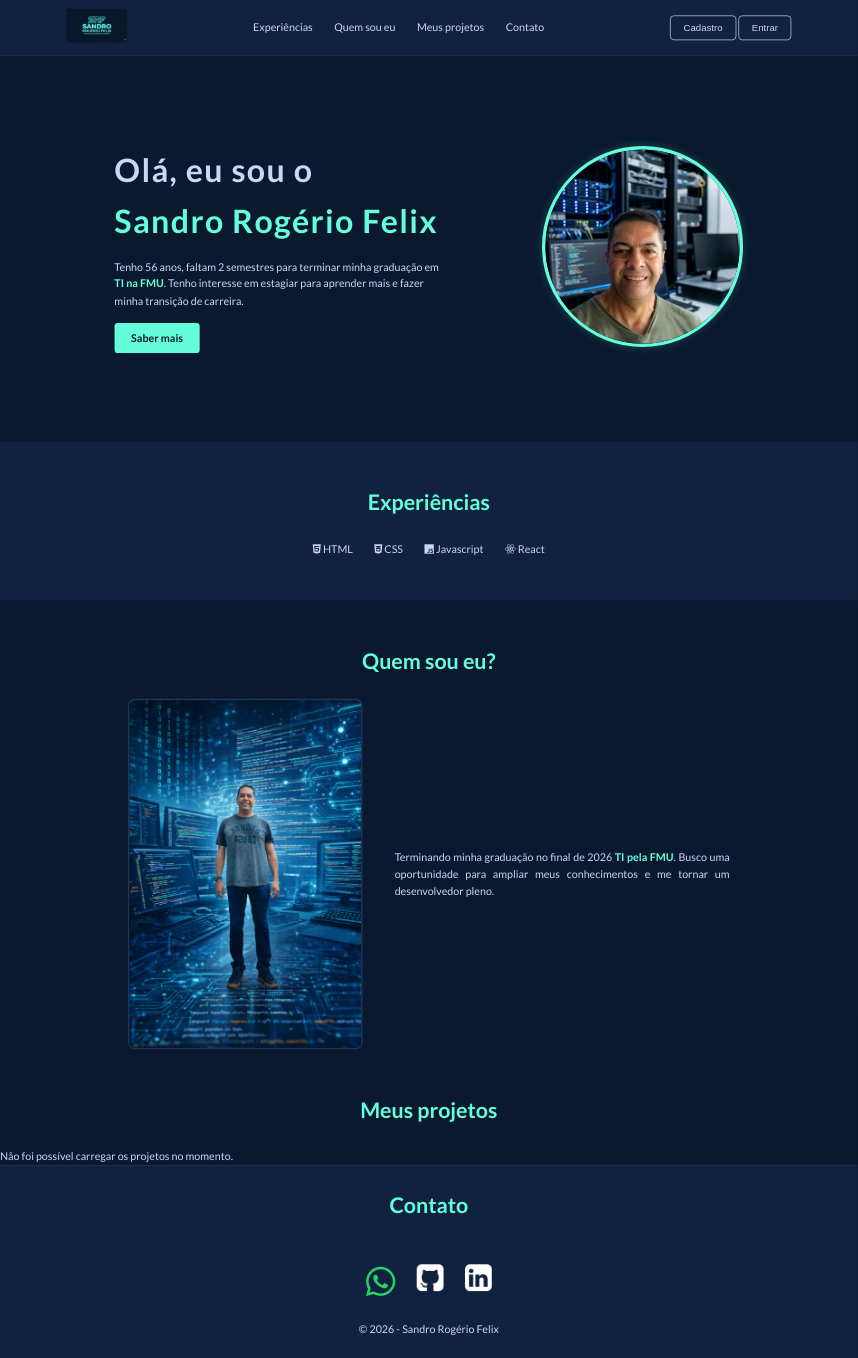
Repository: Sandro1969-tech/portifolio-Sandro
Page: index.html
These files come from the project's save history. The page is drawn as it stood at one moment and after the next save; the edit follows.
The browser window is 1280 px wide. The pictures show the whole page, at 67% of full size.
The page's requests for data from a server got no answer.

Above is the page before, as saved 2026-07-20 17:57:44.

### index.html
<!DOCTYPE html>
<html lang="pt-br">
<head>
    <meta charset="UTF-8" />
    <meta name="viewport" content="width=device-width, initial-scale=1.0" />
    <title>Sandro Rogério Felix | Portfólio</title>
    <link rel="stylesheet" href="style.css" />
    <link rel="stylesheet" href="https://cdnjs.cloudflare.com/ajax/libs/font-awesome/6.0.0/css/all.min.css">
</head>
<body>
    <header>
        <div class="box-img-header">
            <img class="img-logo" src="image/logo.png" alt="logo-SRF" />
        </div>
        <nav>
            <a href="#experiences" class="nav-links">Experiências</a>
            <a href="#quem-sou-eu" class="nav-links">Quem sou eu</a>
            <a href="#meus-projetos" class="nav-links">Meus projetos</a>
            <a href="#contact" class="nav-links">Contato</a>
        </nav>
        <div class="header-btns">
            <button class="box-btn-actions">Cadastro</button>
            <button class="box-btn-actions">Entrar</button>
        </div>
    </header>

    <main>
        <section class="first-section">
            <div class="box-text-main">
                <h1>Olá, eu sou o<br /><strong>Sandro Rogério Felix</strong></h1>
                <p>
                    Tenho 56 anos, faltam 2 semestres para terminar minha graduação
                    em <strong>TI na FMU</strong>. Tenho interesse em estagiar para
                    aprender mais e fazer minha transição de carreira.
                </p>
                <a href="#contact" class="link-action">Saber mais</a>
            </div>

            <div class="box-img-main">
                <img class="img-profile" src="image/img-logo.png" alt="perfil Sandro Rogério Felix" />
            </div>
        </section>

        <section id="experiences" class="second-section">
            <h2 class="title">Experiências</h2>
            <ul>
                <li><i class="fab fa-html5"></i> HTML</li>
                <li><i class="fab fa-css3-alt"></i> CSS</li>
                <li><i class="fab fa-js"></i> Javascript</li>
                <li><i class="fab fa-react"></i> React</li>
            </ul>
        </section>

        <section id="quem-sou-eu" class="third-section">
            <h2 class="title">Quem sou eu?</h2>
            <div>
<img class="quem-sou-eu" src="image/tech.png" alt="Tecnologia">                <p>
                    Terminando minha graduação no final de 2026 <strong>TI pela FMU</strong>.
                    Busco uma oportunidade para ampliar meus conhecimentos e me tornar um desenvolvedor pleno.
                </p>
            </div>
        </section>

        <section id="meus-projetos" class="fourth-section-container">
            <h2 class="title">Meus projetos</h2>
            <p id="loading">Carregando repositórios do GitHub...</p>
            <div id="meus-projetos-list"></div>
        </section>
    </main>

    <footer id="contact">
        <h2 class="title">Contato</h2>
        <div class="footer-content">
            <a href="https://wa.me/5511949633343?text=Olá%20Sandro,%20vi%20seu%20portfólio" target="_blank">
                <i class="fab fa-whatsapp"></i>
            </a>
            <a href="https://github.com/Sandro1969-tech" target="_blank">
  <img src="image/github.png" alt="icone github" />
</a>
<a href="https://linkedin.com/in/sandro-rogerio-felix-b43828372" target="_blank">
  <img src="image/linkedin.png" alt="icone linkedin" />
</a>        </div>
        <p>© 2026 - Sandro Rogério Felix</p>
    </footer>

    <script src="main.js"></script>
</body>
</html>

### style.css
/* --- ESTILO COMPLETO: SANDRO ROGÉRIO FELIX --- */

@import url("https://fonts.googleapis.com/css2?family=Lato:wght@400;700&display=swap");

/* Reset global */
* {
  margin: 0;
  padding: 0;
  box-sizing: border-box;
}

/* Variáveis de cor (Visual Dark Neon) */
:root {
  --bg-color: #0a192f;
  --bg-secondary: #112240;
  --text-main: #ccd6f6;
  --text-highlight: #64ffda;
  --accent: #233554;
}

/* Corpo */
body {
  background-color: var(--bg-color);
  font-family: 'Lato', sans-serif;
  color: var(--text-main);
  line-height: 1.6;
}

/* Scrollbar */
::-webkit-scrollbar {
  width: 10px;
}
::-webkit-scrollbar-track {
  background: var(--bg-secondary);
}
::-webkit-scrollbar-thumb {
  background: var(--accent);
}
::-webkit-scrollbar-thumb:hover {
  background: var(--text-highlight);
}

html {
  scroll-behavior: smooth;
}

/* Header */
header {
  display: flex;
  justify-content: space-around;
  align-items: center;
  gap: 1rem;
  flex-wrap: wrap;
  padding: .8rem;
  background-color: var(--bg-secondary);
  min-height: 70px;
  border-bottom: 1px solid var(--accent);
}

.img-logo {
  height: 50px !important;
  width: auto;
}

nav {
  display: flex;
  gap: 2rem;
  justify-content: center;
}

.nav-links {
  text-decoration: none;
  color: var(--text-main);
  transition: .4s;
}

.nav-links:hover {
  color: var(--text-highlight);
  text-decoration: underline;
}

/* Botões */
button.box-btn-actions {
  padding: .6rem 1.2rem;
  font-size: .9rem;
  border-radius: 6px;
  cursor: pointer;
  transition: .4s;
  background-color: transparent;
  border: 1px solid var(--text-main);
  color: var(--text-main);
}

button.box-btn-actions:hover {
  background-color: var(--accent);
  border-color: var(--text-highlight);
  color: var(--text-highlight);
}

/* Primeira Seção */
.first-section {
  display: flex;
  justify-content: space-evenly;
  align-items: center;
  padding: 4rem 2rem;
  min-height: 80vh;
  flex-wrap: wrap;
}

.box-text-main {
  max-width: 500px;
}

h1 {
  font-size: 3rem;
  letter-spacing: 2px;
  margin-bottom: 1rem;
}

strong {
  color: var(--text-highlight);
}

.link-action {
  display: inline-block;
  margin-top: 20px;
  text-decoration: none;
  background-color: var(--text-highlight);
  color: var(--bg-color);
  padding: 10px 25px;
  border-radius: 5px;
  font-weight: bold;
  transition: .3s;
}

.link-action:hover {
  transform: translateY(-3px);
  box-shadow: 0 5px 15px rgba(100, 255, 218, 0.3);
}

.img-profile {
  border-radius: 50%;
  width: 300px !important;
  height: 300px !important;
  border: 5px solid var(--text-highlight);
  box-shadow: 0 0 15px rgba(100, 255, 218, 0.2);
  object-fit: cover;
}

/* Título Geral (H2) */
.title {
  color: var(--text-highlight);
  font-size: 2rem;
  margin-bottom: 2rem;
  width: 100%;
  text-align: center; /* Garante que o texto dentro dele centralize */
}

/* Segunda Seção (Experiências) */
.second-section {
  background-color: var(--bg-secondary);
  padding: 4rem 2rem;
  display: flex;
  flex-direction: column;
  align-items: center;
}

.second-section ul {
  list-style: none;
  display: flex;
  justify-content: center;
  gap: 2rem;
  flex-wrap: wrap;
}

/* Terceira Seção (Quem sou eu) */
.third-section {
  padding: 4rem 2rem;
  display: flex;
  flex-direction: column;
  align-items: center;
}

.third-section div {
  display: flex;
  justify-content: center;
  align-items: center;
  gap: 3rem;
  flex-wrap: wrap;
}

.quem-sou-eu {
  width: 350px !important; /* Tamanho corrigido conforme conversamos */
  height: auto !important;
  border-radius: 10px;
  border: 2px solid var(--accent);
}

.third-section p {
  max-width: 500px;
  text-align: justify;
}

/* QUARTA SEÇÃO (Projetos) - AJUSTE DE CENTRALIZAÇÃO */
.fourth-section {
  padding: 4rem 2rem;
  display: flex;
  flex-direction: column; /* Coloca o H2 em cima da lista */
  align-items: center;    /* Centraliza o H2 e a lista horizontalmente */
  width: 100%;
}

/* Estilo específico para o H2 dos projetos para garantir o centro */
.fourth-section .title {
  display: block;
  margin: 0 auto 2rem auto;
  text-align: center;
}

#meus-projetos-list {
  display: flex;
  flex-wrap: wrap;
  justify-content: center; /* Centraliza os botões dos projetos */
  gap: 12px;
  max-width: 1000px;
  margin: 0 auto;
}

#meus-projetos-list a {
  background-color: rgba(100, 255, 218, 0.1);
  color: var(--text-highlight);
  text-decoration: none;
  padding: 10px 20px;
  border: 1px solid rgba(100, 255, 218, 0.3);
  border-radius: 50px;
  font-size: 14px;
  transition: all 0.3s ease;
}

#meus-projetos-list a:hover {
  background-color: var(--text-highlight);
  color: var(--bg-color);
  transform: scale(1.05);
}

/* Rodapé */
footer {
  padding: 2rem;
  background-color: var(--bg-secondary);
  display: flex;
  flex-direction: column;
  align-items: center;
  gap: 2rem;
  border-top: 1px solid var(--accent);
}

footer div {
  display: flex;
  justify-content: center;
  gap: 2rem;
  flex-wrap: wrap;
}

footer img {
  width: 40px;
  height: 40px;
  filter: brightness(0) invert(1);
}

footer i.fa-whatsapp {
  font-size: 50px;
  color: #25D366;
}

### main.js
async function getProjects() {
    const urlGitHub = "https://api.github.com/users/Sandro1969-tech/repos?sort=created&per_page=100";
    const loadingElement = document.getElementById('loading');
    const container = document.getElementById('meus-projetos-list');

    try {
        const response = await fetch(urlGitHub);
        if (!response.ok) throw new Error('Erro na requisição');

        const data = await response.json();

        loadingElement.style.display = 'none';
        container.innerHTML = ""; // Limpa o container antes de carregar

        data.forEach(repo => {
            // Cria o elemento de link para o projeto
            const a = document.createElement("a");
            a.href = repo.html_url;
            a.target = "_blank";
            a.rel = "noopener noreferrer";

            // Formata o nome: substitui hifens por espaços e deixa em maiúsculo
            const projectName = repo.name.replace(/-/g, ' ').toUpperCase();
            a.textContent = projectName;

            // Adiciona uma pequena descrição se houver (opcional)
            if (repo.description) {
                a.title = repo.description;
            }

            container.appendChild(a);
        });

    } catch (e) {
        console.error("Erro ao procurar projetos:", e);
        loadingElement.textContent = "Não foi possível carregar os projetos no momento.";
    }
}

// Executa a função ao carregar a página
getProjects();

After the next save:
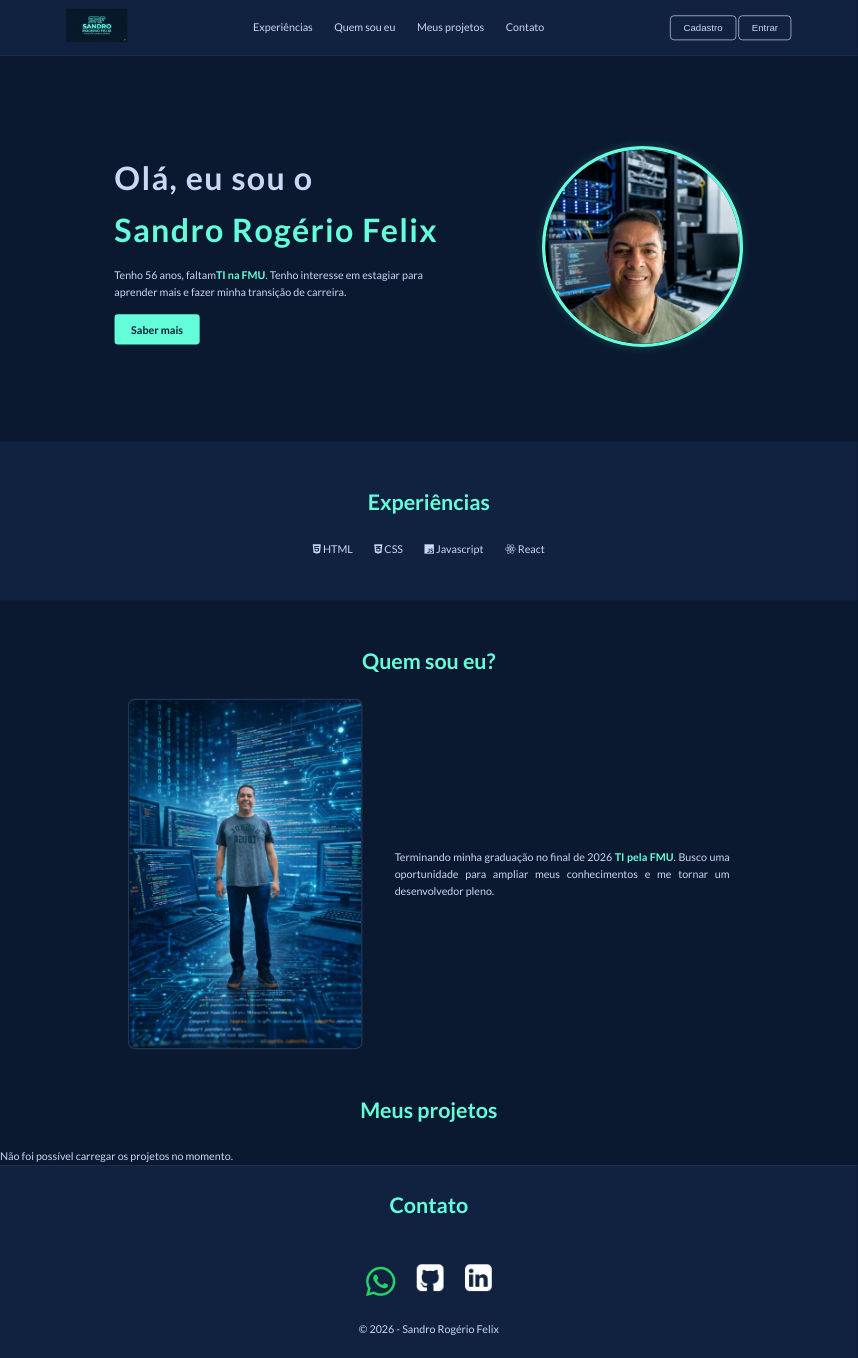
Saved 2 min 18 s later.
--- a/index.html
+++ b/index.html
@@ -29,8 +29,7 @@
             <div class="box-text-main">
                 <h1>Olá, eu sou o<br /><strong>Sandro Rogério Felix</strong></h1>
                 <p>
-                    Tenho 56 anos, faltam 2 semestres para terminar minha graduação
-                    em <strong>TI na FMU</strong>. Tenho interesse em estagiar para
+                    Tenho 56 anos, faltam<strong>TI na FMU</strong>. Tenho interesse em estagiar para
                     aprender mais e fazer minha transição de carreira.
                 </p>
                 <a href="#contact" class="link-action">Saber mais</a>
